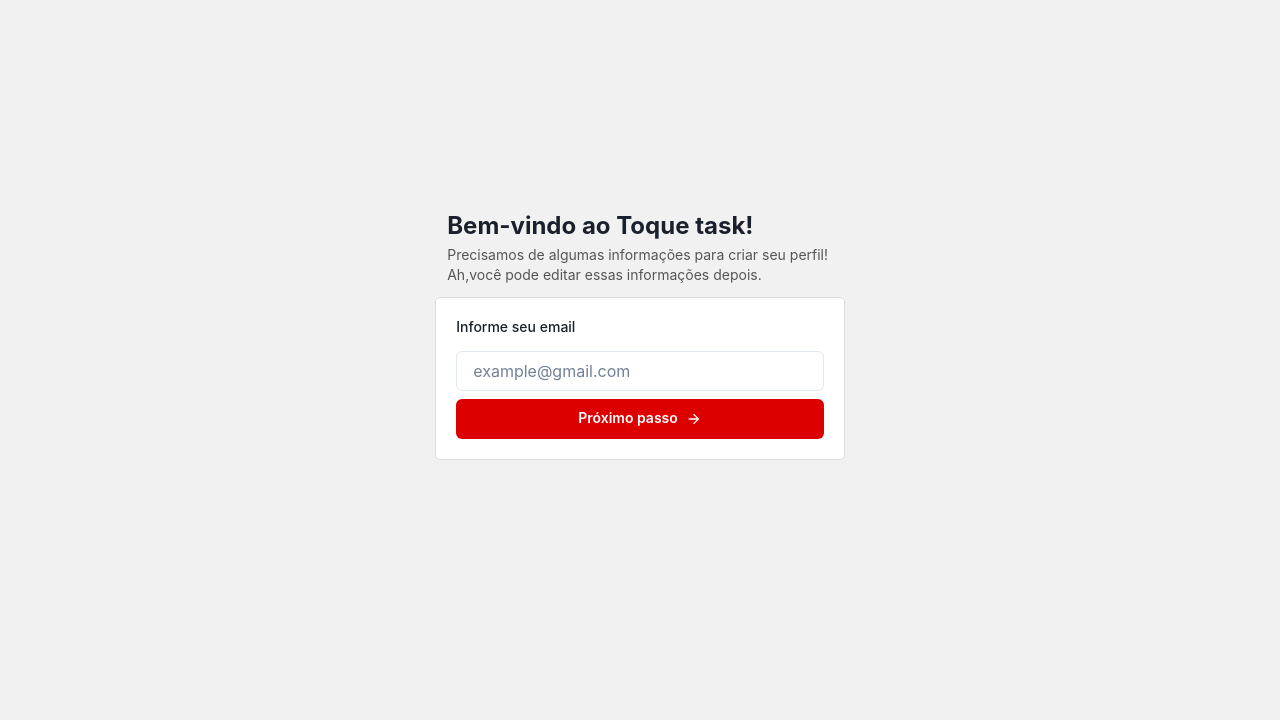
Repository: jorgelucasjs/chakra-ui-doc
Page: /
These files come from the project's save history. The page is drawn as it stood at one moment and after the next save; the edit follows.
The browser window is 1280 px wide. The pictures show the whole page.
The project was rebuilt for these pictures with package versions that can differ from the ones it lists, and the page was loaded fresh each time.

Above is the page before, as saved 2023-01-06 14:50:09.

After the next save:
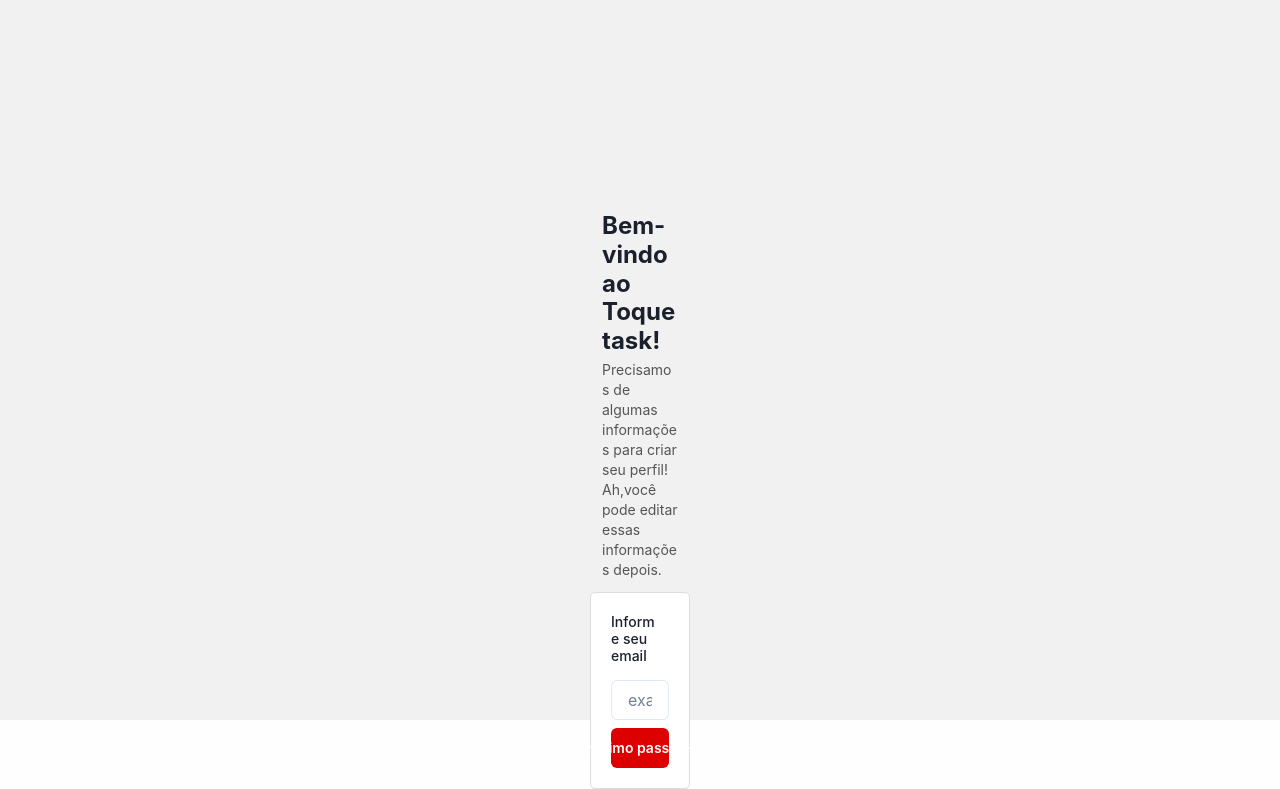
Saved 12 s later.
--- a/src/pages/index.tsx
+++ b/src/pages/index.tsx
@@ -7,7 +7,7 @@
 	return (
 		<Flex justify={'center'} bg={'#F1F1F1'} height='100vh'>
 
-			<Box w={'32%'} mt={200} maxW='100%'>
+			<Box w={'32%'} mt={200} maxW='100'>
 
 				<Box p={3} pb={0}>
 

After the 3 saves that followed:
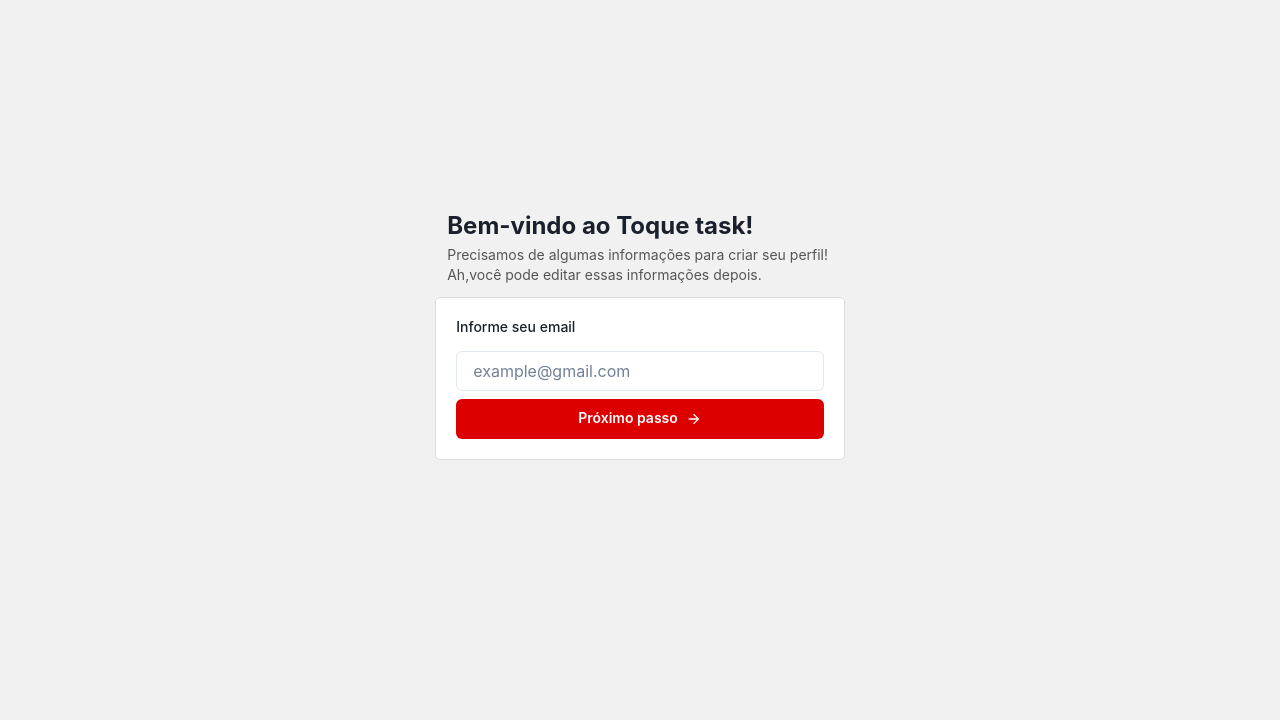
The 3 saves are shown as one change because they came seconds apart.
The last was saved 11 s later.
--- a/src/pages/index.tsx
+++ b/src/pages/index.tsx
@@ -7,7 +7,7 @@
 	return (
 		<Flex justify={'center'} bg={'#F1F1F1'} height='100vh'>
 
-			<Box w={'32%'} mt={200} maxW='100'>
+			<Box w={'32%'} mt={200} maxW='100%'>
 
 				<Box p={3} pb={0}>
 
